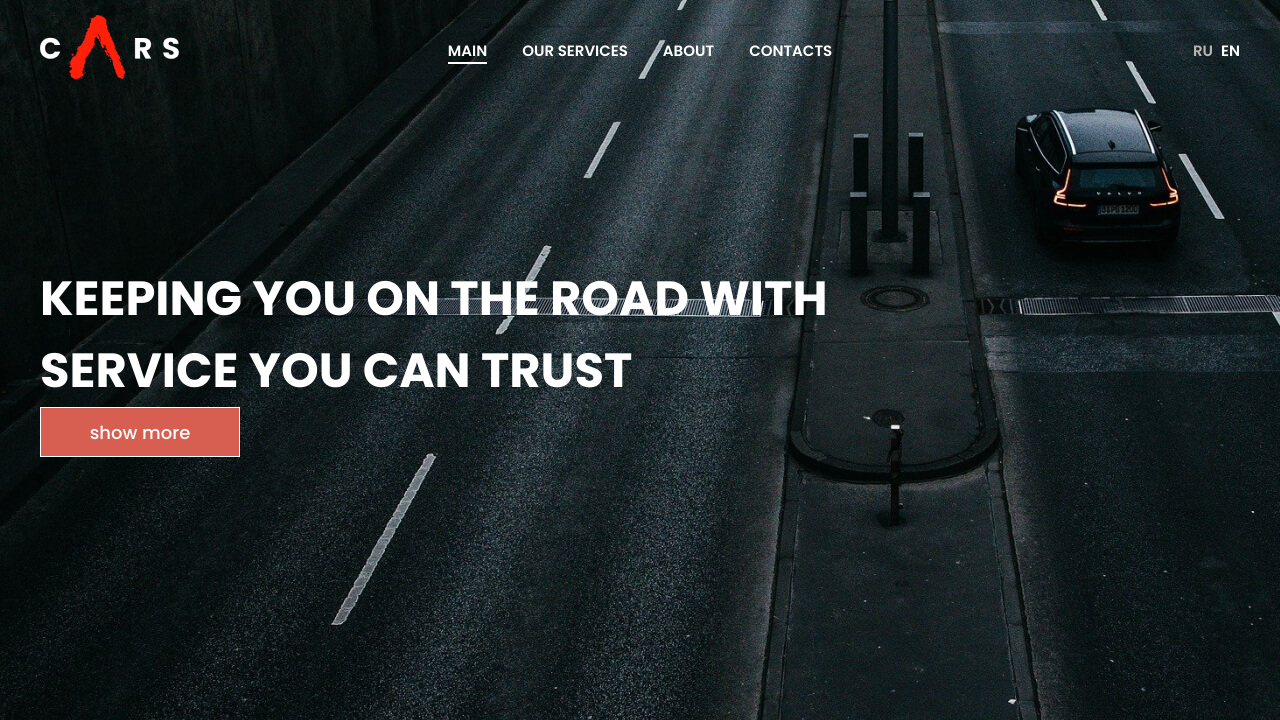
Repository: Earn1ll/car_repair
Page: index.html
These files come from the project's save history. The page is drawn as it stood at one moment and after the next save; the edit follows.
The browser window is 1280 px wide. The pictures show the whole page.
The pointer rests on the first visible `.btn`.

Above is the page before, as saved 2022-09-18 15:19:53.

### index.html
<!DOCTYPE html>
<html lang="en">
<head>
    <meta charset="UTF-8">
    <meta http-equiv="X-UA-Compatible" content="IE=edge">
    <meta name="viewport" content="width=device-width, initial-scale=1.0">
    <title>car repair</title>
    <link rel="stylesheet" href="css/style.css">
</head>
<body>
    <header class="header">
        <div class="container">
            <div class="header__wrapper">
                <div class="header__block">
                    <a href="/" class="header__logo">
                        <img src="img/logo.png" alt="logo">
                    </a>
                </div>

                <nav class="nav">
                    <a href="#" class="nav__link active">Main</a>
                    <a href="#" class="nav__link">Our services</a>
                    <a href="#" class="nav__link">About</a>
                    <a href="#" class="nav__link">Contacts</a>
                </nav>

                <div class="header__block">
                    <div class="header__lng">
                        <a href="#" class="header__lng-link ">ru</a>
                        <a href="#" class="header__lng-link active">en</a>
                    </div>
                </div>

            </div>
        </div>
    </header>

    <section class="intro">
        <div class="container">
            <div class="intro__content">
                <div class="intro__block">
                    <h1 class="intro__title">
                        KEEPING YOU ON THE ROAD WITH
                        SERVICE YOU CAN TRUST
                    </h1>
                    <a href="#" class="btn">show more</a>
                </div>
            </div>
        </div>
    </section>
</body>
</html>

### css/style.css
@import url('https://fonts.googleapis.com/css2?family=Poppins:wght@400;500:600;700;800;900&display=swap');

*,*::before,::after {
    box-sizing: border-box;
}
body {
    margin: 0;
    font-family: 'Poppins', sans-serif;
    font-size: 15px;
}

h1,h2,h3,h4,h5,h6 {
    margin: 0;
}

.container {
    width: 1200px;
    margin: 0 auto;
}
.btn {
    display: inline-flex;
    align-items: center;
    justify-content: center;
    color: #fff;
    height: 50px;
    font-size: 18px;
    text-decoration: none;
    font-weight: 500;
    background-color: #DB2512;
    border: 1px solid;
    min-width: 200px;
    padding: 11px 15px;
    transition: background-color .2s ease;
}

.btn:hover {
    background-color: #d65f52;
}



/* header start working */
.header {
    width: 100%;
    position: absolute;
    top: 0;
    left: 0;
}

.header__wrapper {
    height: 100px;
    display: flex;
    justify-content: space-between;
    align-items: center;
}

.header__block {
    width: 20%;
}

.nav {
    display: flex;
}

.nav__link {
    margin-right: 35px;
    color: #fff;
    text-transform: uppercase;
    text-decoration: none;
    font-weight: 600;
    position: relative;
}

.nav__link::after {
    width: 100%;
    height: 2px;
    background-color: #fff;
    position: absolute;
    top: 100%;
    left: 0;
    content: '';
    opacity: 0;
    transition: opacity .2s ease;

}

.nav__link:last-child {
    margin-right: 0;
}

.nav__link:hover::after {
    opacity: 1;
}

.nav__link.active::after {
    opacity: 1;
}

.header__lng {
    display: flex;
    justify-content: flex-end;

}

.header__lng-link {
    margin-right: 8px;
    text-transform: uppercase;
    text-decoration: none ;
    font-weight: 600;
    color: #b7b7b7;
}

.header__lng-link:last-child {
    margin-right: 0;
}

.header__lng-link.active {
    color: #fff;
}
/* header end working */
/* intro start working */

.intro {
    background: url('../img/intro_bg.jpg');
}
.intro__content {
    height: 100vh ;
    background: no-repeat;
    display: flex;
    align-items: center;
}

.intro__block {

}

.intro__title {
    max-width: 790px;
    font-size: 48px;
    font-weight: 700;
    color: #fff;
    line-height: 1.5;

}
/* intro end working */

After the next save:
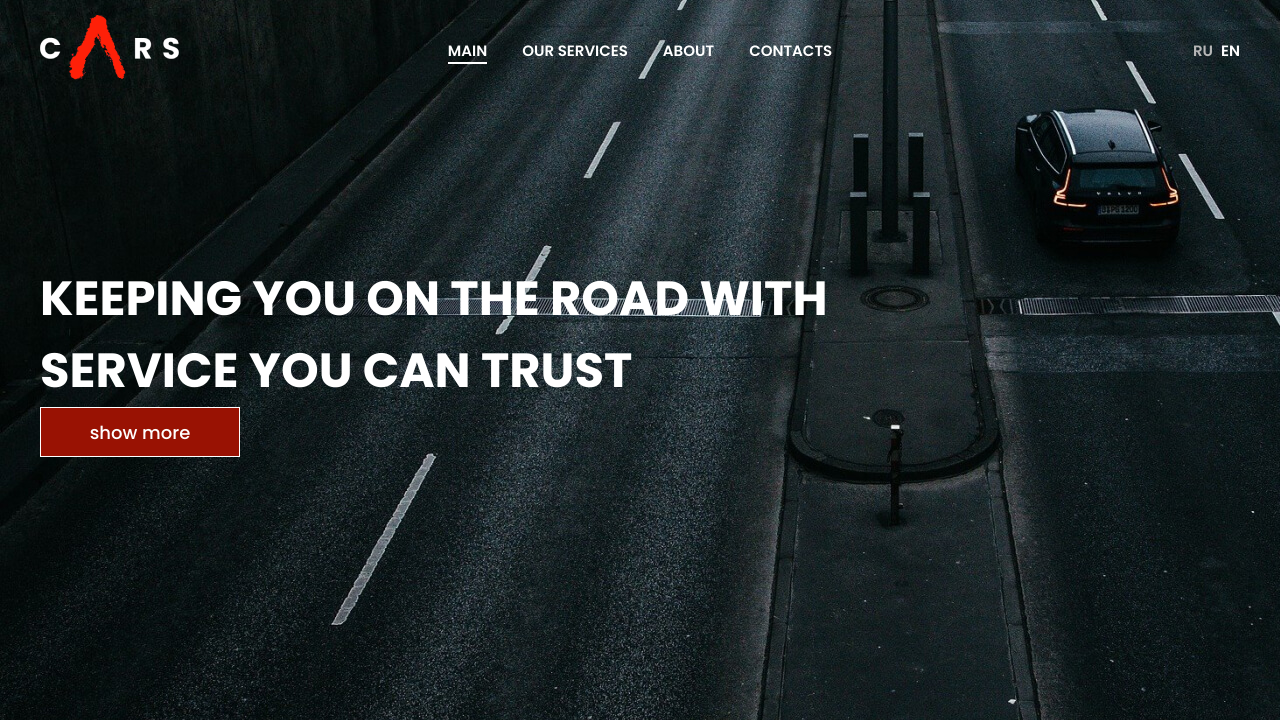
Saved 33 s later.
--- a/css/style.css
+++ b/css/style.css
@@ -34,7 +34,7 @@
 }
 
 .btn:hover {
-    background-color: #d65f52;
+    background-color: #991203;
 }
 
 
